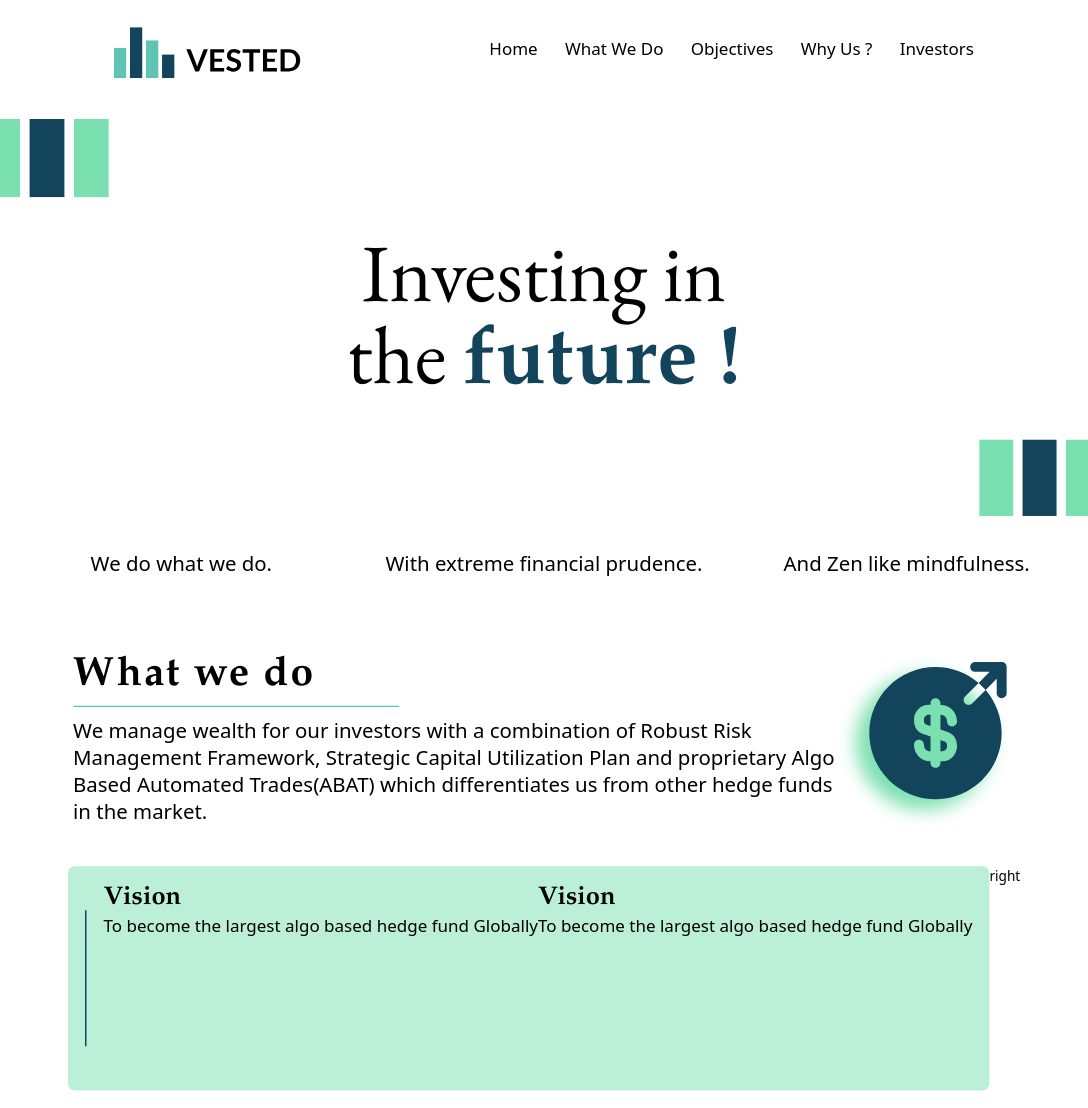
Repository: husainmamuwala/TippingPointsFinancial
Page: /
These files come from the project's save history. The page is drawn as it stood at one moment and after the next save; the edit follows.
The browser window is 1280 px wide. The pictures show the whole page, at 85% of full size.
The project was rebuilt for these pictures with package versions that can differ from the ones it lists, and the page was loaded fresh each time. The framework's server and built-in components were replaced by stand-ins that run in the browser. Also part of the build but not shown: next.config.js.

Above is the page before, as saved 2022-10-15 18:58:08.

### pages/_document.js
import Document, { Html, Head, Main, NextScript } from "next/document";

function MyDocument() {
  return (
    <Html>
      <Head>
      <link rel="preconnect" href="https://fonts.googleapis.com"/>
<link rel="preconnect" href="https://fonts.gstatic.com" crossorigin/>
<link href="https://fonts.googleapis.com/css2?family=EB+Garamond:ital,wght@0,400;0,600;1,500&display=swap" rel="stylesheet"></link>
      </Head>
      <body>
        <Main />
        <NextScript />
      </body>
    </Html>
  );
}

export default MyDocument;

### pages/index.js
import React from "react"
import Hero from "../components/Hero"
import Nav from "../components/Nav"
import Objectives from "../components/Objectives"
import Whatwedo from "../components/Whatwedo"


export default function Home() {
  return (

    <div className="h-screen">
      <Nav/>
      <section id="home">
        <Hero/>
      </section>
      <section id="whatwedo">
        <Whatwedo/>
      </section>
      <section id="objectives">
        <Objectives/>
      </section>
    </div>

  )
}

### styles/globals.css
@tailwind base;
@tailwind components;
@tailwind utilities;

@layer base{
    @font-face{
        font-family: "Garamond";
        src: url('/fonts/Garamond.woff2') format('woff2');
        font-family: 'Montserrat', sans-serif

    }

}

### components/Hero.jsx
import React from 'react'

const Hero = () => {
  return (
    <div className='flex flex-col py-6'>
      <div className='grid grid-flow-row'>
        <div className='justify-self-start self-start w-20 md:w-32 '>
          <svg className="" width="auto" height="auto" viewBox="0 0 125 90" fill="none" xmlns="http://www.w3.org/2000/svg">
            <rect x="-17" width="40" height="90" fill="#7BE0B0" />
            <rect x="34" width="40" height="90" fill="#12445B" />
            <rect x="85" width="40" height="90" fill="#7BE0B0" />
          </svg>
        </div>
        <div className='justify-self-center w-full py-5 md:py-10'>
          <span className=' text-6xl text-center lg:text-8xl font-garamond pt-5 pb-5'>
            <span className="block">Investing in</span>
            <span className="block">the <span className='text-[#12445B] font-semibold'>future !</span></span>
          </span>
        </div>
        <div className='justify-self-end self-end w-20 md:w-32'>
          <svg className='' width="auto" height="au" viewBox="0 0 128 90" fill="none" xmlns="http://www.w3.org/2000/svg">
            <rect width="40" height="90" fill="#7BE0B0" />
            <rect x="51" width="40" height="90" fill="#12445B" />
            <rect x="102" width="40" height="90" fill="#7BE0B0" />
          </svg>
        </div>
      </div>
      <div className='grid grid-row-3 md:grid-cols-3 justify-evenly text-center
        text-xl font-Montserrat md:text-2xl md:py-10'>
        <div>
          <span>We do what we do.</span>
        </div>
        <div>
          <span>With extreme financial prudence.</span>
        </div>
        <div>
          <span>And Zen like mindfulness.</span>
        </div>
      </div>
    </div>
  )
}

export default Hero

### components/Nav.jsx
import Link from 'next/link';
import React, { useState } from 'react'
import { FiMenu } from 'react-icons/fi';
import {AiOutlineClose} from 'react-icons/ai'

const Nav = () => {
    const Links=[
        {name:"Home",link:"/"},
        {name:"What We Do",link:"#whatwedo"},
        {name:"Objectives",link:"#objectives"},
        {name:"Why Us ?",link:"#whyus"},
        {name:"Investors",link:"/investors"},
    ];
    const [open,setOpen] = useState(false);
  return (
    <div className='w-full relative top-0 font-Montserrat font-[400] bg-white'>
        <div className='sticky lg:flex py-4 lg:px-10 items-center lg:justify-around'>
            <div className='mt-2 scale-75 md:scale-100'>
                <svg width="221" height="60" viewBox="0 0 221 60" fill="none" xmlns="http://www.w3.org/2000/svg">
                <path d="M110.63 25.972L100.118 52H95.7437L85.2317 25.972H89.1197C89.5397 25.972 89.8817 26.074 90.1457 26.278C90.4097 26.482 90.6077 26.746 90.7397 27.07L96.8777 42.946C97.0817 43.462 97.2737 44.032 97.4537 44.656C97.6457 45.268 97.8257 45.91 97.9937 46.582C98.1377 45.91 98.2937 45.268 98.4617 44.656C98.6297 44.032 98.8157 43.462 99.0197 42.946L105.122 27.07C105.218 26.794 105.404 26.542 105.68 26.314C105.968 26.086 106.316 25.972 106.724 25.972H110.63ZM118.184 29.824V37.042H127.292V40.768H118.184V48.13H129.74V52H113.324V25.972H129.74V29.824H118.184ZM147.891 30.706C147.747 30.958 147.591 31.144 147.423 31.264C147.267 31.372 147.069 31.426 146.829 31.426C146.577 31.426 146.301 31.336 146.001 31.156C145.713 30.964 145.365 30.754 144.957 30.526C144.549 30.298 144.069 30.094 143.517 29.914C142.977 29.722 142.335 29.626 141.591 29.626C140.919 29.626 140.331 29.71 139.827 29.878C139.323 30.034 138.897 30.256 138.549 30.544C138.213 30.832 137.961 31.18 137.793 31.588C137.625 31.984 137.541 32.422 137.541 32.902C137.541 33.514 137.709 34.024 138.045 34.432C138.393 34.84 138.849 35.188 139.413 35.476C139.977 35.764 140.619 36.022 141.339 36.25C142.059 36.478 142.797 36.724 143.553 36.988C144.309 37.24 145.047 37.54 145.767 37.888C146.487 38.224 147.129 38.656 147.693 39.184C148.257 39.7 148.707 40.336 149.043 41.092C149.391 41.848 149.565 42.766 149.565 43.846C149.565 45.022 149.361 46.126 148.953 47.158C148.557 48.178 147.969 49.072 147.189 49.84C146.421 50.596 145.479 51.196 144.363 51.64C143.247 52.072 141.969 52.288 140.529 52.288C139.701 52.288 138.885 52.204 138.081 52.036C137.277 51.88 136.503 51.652 135.759 51.352C135.027 51.052 134.337 50.692 133.689 50.272C133.041 49.852 132.465 49.384 131.961 48.868L133.383 46.546C133.503 46.378 133.659 46.24 133.851 46.132C134.043 46.012 134.247 45.952 134.463 45.952C134.763 45.952 135.087 46.078 135.435 46.33C135.783 46.57 136.197 46.84 136.677 47.14C137.157 47.44 137.715 47.716 138.351 47.968C138.999 48.208 139.773 48.328 140.673 48.328C142.053 48.328 143.121 48.004 143.877 47.356C144.633 46.696 145.011 45.754 145.011 44.53C145.011 43.846 144.837 43.288 144.489 42.856C144.153 42.424 143.703 42.064 143.139 41.776C142.575 41.476 141.933 41.224 141.213 41.02C140.493 40.816 139.761 40.594 139.017 40.354C138.273 40.114 137.541 39.826 136.821 39.49C136.101 39.154 135.459 38.716 134.895 38.176C134.331 37.636 133.875 36.964 133.527 36.16C133.191 35.344 133.023 34.342 133.023 33.154C133.023 32.206 133.209 31.282 133.581 30.382C133.965 29.482 134.517 28.684 135.237 27.988C135.957 27.292 136.845 26.734 137.901 26.314C138.957 25.894 140.169 25.684 141.537 25.684C143.073 25.684 144.489 25.924 145.785 26.404C147.081 26.884 148.185 27.556 149.097 28.42L147.891 30.706ZM171.969 29.95H164.121V52H159.279V29.95H151.431V25.972H171.969V29.95ZM180.235 29.824V37.042H189.343V40.768H180.235V48.13H191.791V52H175.375V25.972H191.791V29.824H180.235ZM219.194 38.986C219.194 40.894 218.876 42.646 218.24 44.242C217.604 45.838 216.71 47.212 215.558 48.364C214.406 49.516 213.02 50.41 211.4 51.046C209.78 51.682 207.98 52 206 52H196.082V25.972H206C207.98 25.972 209.78 26.296 211.4 26.944C213.02 27.58 214.406 28.474 215.558 29.626C216.71 30.766 217.604 32.134 218.24 33.73C218.876 35.326 219.194 37.078 219.194 38.986ZM214.226 38.986C214.226 37.558 214.034 36.28 213.65 35.152C213.278 34.012 212.732 33.052 212.012 32.272C211.304 31.48 210.44 30.874 209.42 30.454C208.412 30.034 207.272 29.824 206 29.824H200.942V48.148H206C207.272 48.148 208.412 47.938 209.42 47.518C210.44 47.098 211.304 46.498 212.012 45.718C212.732 44.926 213.278 43.966 213.65 42.838C214.034 41.698 214.226 40.414 214.226 38.986Z" fill="black"/>
                <rect y="24.4445" width="14.4444" height="35.5556" fill="#5FC4B3"/>
                <rect x="18.8889" width="14.4444" height="60" fill="#12445B"/>
                <rect x="37.7778" y="15.5555" width="14.4444" height="44.4444" fill="#5FC4B3"/>
                <rect x="56.6667" y="32.2222" width="14.4444" height="27.7778" fill="#12445B"/>
                </svg>

            </div>
            <div onClick={()=>setOpen(!open)}
                 className='text-3xl absolute right-8 top-11 pr-8 cursor-pointer lg:hidden'>
                    {!open ? <FiMenu size={40}/> : <AiOutlineClose size={40}/>}
            </div>

            <ul className={`lg:flex lg:flex-row lg:items-center font-Montserrat pb-12 lg:pb-0
            absolute lg:static bg-white lg:z-auto z-[-1] w-full left-0  lg:pl-0 pl-9 lg:w-auto
            transition-all duration-500 ease-in
            ${open ? "flex-col" : "hidden"}`}>
                {
                    Links.map((link)=>(
                        <li onClick={() => setOpen(false)} key={link.link} className="md:ml-8 text-xl my-7 hover:text-[#5FC4B3]
                         relative transition-all hover:top-1">
                            <Link href={link.link}
                            className="font-Monteserrat">
                                {link.name}
                            </Link>
                        </li>
                    ))
                }
            </ul>
        </div>
    </div>
  )
}

export default Nav

### components/Objectives.jsx
import React from 'react'

const Objectives = () => {
  const Data = [
    {title:"Vision",desc:"To become the largest algo based hedge fund Globally"},
    {title:"Vision",desc:"To become the largest algo based hedge fund Globally"},
  ];
  return (
    <div className='flex flex-col md:flex-row justify-center py-5 px-10 md:px-0'>
        <div>
          <div className='relative w-full bg-[#7BE0B0] bg-opacity-50 rounded-lg p-5 flex flex-row '>
              <div className='pr-5 h-28 lg:h-56'>
                  <svg width="2" height="auto" viewBox="0 0 2 160" fill="none" xmlns="http://www.w3.org/2000/svg">
                  <line x1="1" y1="4.37114e-08" x2="0.999993" y2="160" stroke="#12445B" stroke-width="2"/>
                  </svg>
              </div>
              {
                Data.map((data)=>(
              <div className='flex flex-col'>
                <h1 className='text-3xl font-semibold font-garamond'>{data.title}</h1>
                <p className='font-montserrat text-xl'>{data.desc}</p>
              </div>
                ))}
          </div>
        </div>
          <div>
              right
          </div>

    </div>
  )
}

export default Objectives

### components/Whatwedo.tsx
import React from 'react'


const whatwedo = () => {
    return (
        <div className='py-5 px-10 flex md:flex-row flex-col justify-center'>
            <div className='md:w-3/4'>
                <div>
                    <h4 className='text-3xl md:text-5xl font-garamond font-semibold py-2 tracking-wider'>
                        What we do
                    </h4>

                    <svg className="lg:w-96 lg:h-2" width="auto" height="2" viewBox="0 0 589 2" fill="none" xmlns="http://www.w3.org/2000/svg">
                        <line y1="1" x2="589" y2="1" stroke="#5FC4B3" strokeWidth="2" />
                    </svg>

                    <p className='py-2 text-xl md:text-2xl'>
                        We manage wealth for our investors with a combination of Robust Risk Management Framework,
                        Strategic Capital Utilization Plan and proprietary Algo Based Automated Trades(ABAT)
                        which differentiates us from other hedge funds in the market.
                    </p>
                </div>
            </div>
            <div className='w-52 hidden md:block lg:self-center'>
                <svg width="auto" height="auto" viewBox="0 0 226 223" fill="none" xmlns="http://www.w3.org/2000/svg">
                    <g filter="url(#filter0_f_6_45)">
                        <circle cx="109.027" cy="113.259" r="86.0274" fill="#7BE0B0" />
                    </g>
                    <path d="M109.698 84.8371C109.698 89.4046 110.967 90.0812 113.843 91.0962L118.156 92.6187V78.2396H115.619C112.405 78.2396 109.698 81.2 109.698 84.8371ZM130.844 124.76H133.381C136.68 124.76 139.302 121.8 139.302 118.163C139.302 113.595 138.033 112.919 135.158 111.904L130.844 110.381V124.76Z" fill="#12445B" />
                    <path d="M188.614 46.3517L171.275 63.6913C170.006 64.96 168.399 65.5521 166.792 65.5521C165.185 65.5521 163.578 64.96 162.309 63.6913C161.129 62.4975 160.467 60.8867 160.467 59.2083C160.467 57.53 161.129 55.9192 162.309 54.7254L179.648 37.3858C164.762 24.6983 145.561 16.9167 124.5 16.9167C77.81 16.9167 39.9167 54.81 39.9167 101.5C39.9167 148.19 77.81 186.083 124.5 186.083C171.19 186.083 209.083 148.19 209.083 101.5C209.083 80.4388 201.302 61.2383 188.614 46.3517ZM139.302 99.9775C144.715 101.923 151.99 105.814 151.99 118.248C151.99 128.82 143.616 137.533 133.381 137.533H130.844V139.647C130.844 143.115 127.968 145.991 124.5 145.991C121.032 145.991 118.156 143.115 118.156 139.647V137.533H117.48C106.23 137.533 97.0104 128.059 97.0104 116.387C97.0104 112.834 99.8863 109.958 103.354 109.958C106.822 109.958 109.698 112.834 109.698 116.302C109.698 120.954 113.166 124.76 117.48 124.76H118.156V105.983L109.698 103.023C104.285 101.077 97.0104 97.1863 97.0104 84.7525C97.0104 74.1796 105.384 65.4675 115.619 65.4675H118.156V63.4375C118.156 59.9696 121.032 57.0938 124.5 57.0938C127.968 57.0938 130.844 59.9696 130.844 63.4375V65.5521H131.52C142.77 65.5521 151.99 75.0254 151.99 86.6979C151.99 90.1658 149.114 93.0417 145.646 93.0417C142.178 93.0417 139.302 90.1658 139.302 86.6979C139.302 82.0458 135.834 78.2396 131.52 78.2396H130.844V97.0171L139.302 99.9775ZM214.92 14.4638C214.251 12.9061 213.009 11.6647 211.452 10.9958C210.691 10.7256 209.891 10.5827 209.083 10.5729H175.25C171.782 10.5729 168.906 13.4488 168.906 16.9167C168.906 20.3846 171.782 23.2604 175.25 23.2604H193.774L179.648 37.3858C182.863 40.1771 185.823 43.1375 188.614 46.3517L202.74 32.2263V50.75C202.74 54.2179 205.615 57.0938 209.083 57.0938C212.551 57.0938 215.427 54.2179 215.427 50.75V16.9167C215.427 16.0708 215.258 15.3096 214.92 14.4638Z" fill="#12445B" />
                    <defs>
                        <filter id="filter0_f_6_45" x="0" y="4.2317" width="218.055" height="218.055" filterUnits="userSpaceOnUse" colorInterpolationFilters="sRGB">
                            <feFlood floodOpacity="0" result="BackgroundImageFix" />
                            <feBlend mode="normal" in="SourceGraphic" in2="BackgroundImageFix" result="shape" />
                            <feGaussianBlur stdDeviation="11.5" result="effect1_foregroundBlur_6_45" />
                        </filter>
                    </defs>
                </svg>
            </div>
        </div>
    )
}

export default whatwedo

### tailwind.config.js
/** @type {import('tailwindcss').Config} */
module.exports = {
  content: [
    "./pages/**/*.{js,ts,jsx,tsx}",
    "./components/**/*.{js,ts,jsx,tsx}",
  ],
  theme: {
    extend: {
      fontFamily: {
        garamond:'Garamond'
      }
    },
  },
  plugins: [],
}

Loaded but not shown: pages/_app.js (common file)

After the next save:
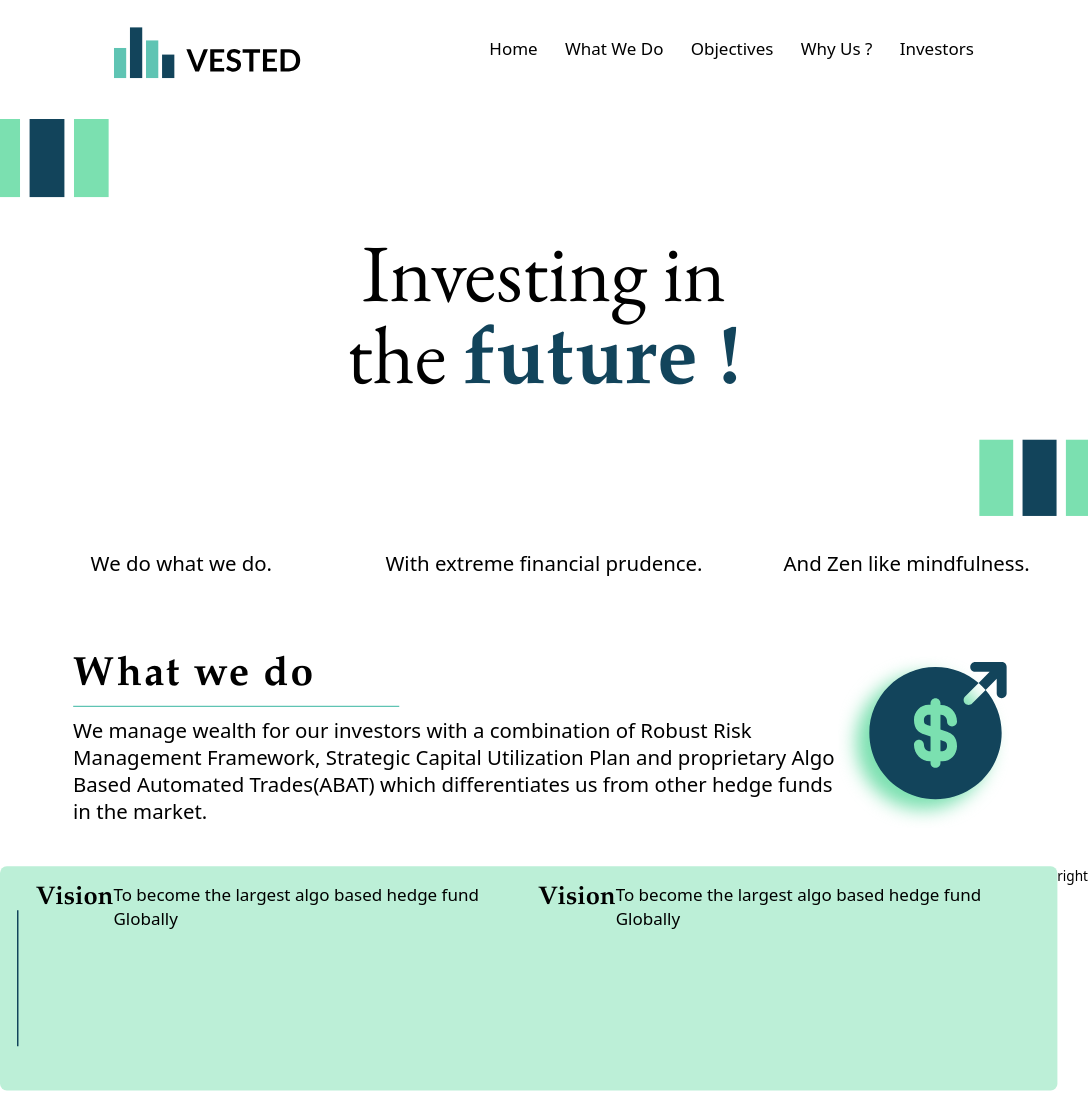
Saved 7 s later.
--- a/components/Objectives.jsx
+++ b/components/Objectives.jsx
@@ -16,7 +16,7 @@
               </div>
               {
                 Data.map((data)=>(
-              <div className='flex flex-col'>
+              <div className='flex flex-row'>
                 <h1 className='text-3xl font-semibold font-garamond'>{data.title}</h1>
                 <p className='font-montserrat text-xl'>{data.desc}</p>
               </div>

After the save that followed:
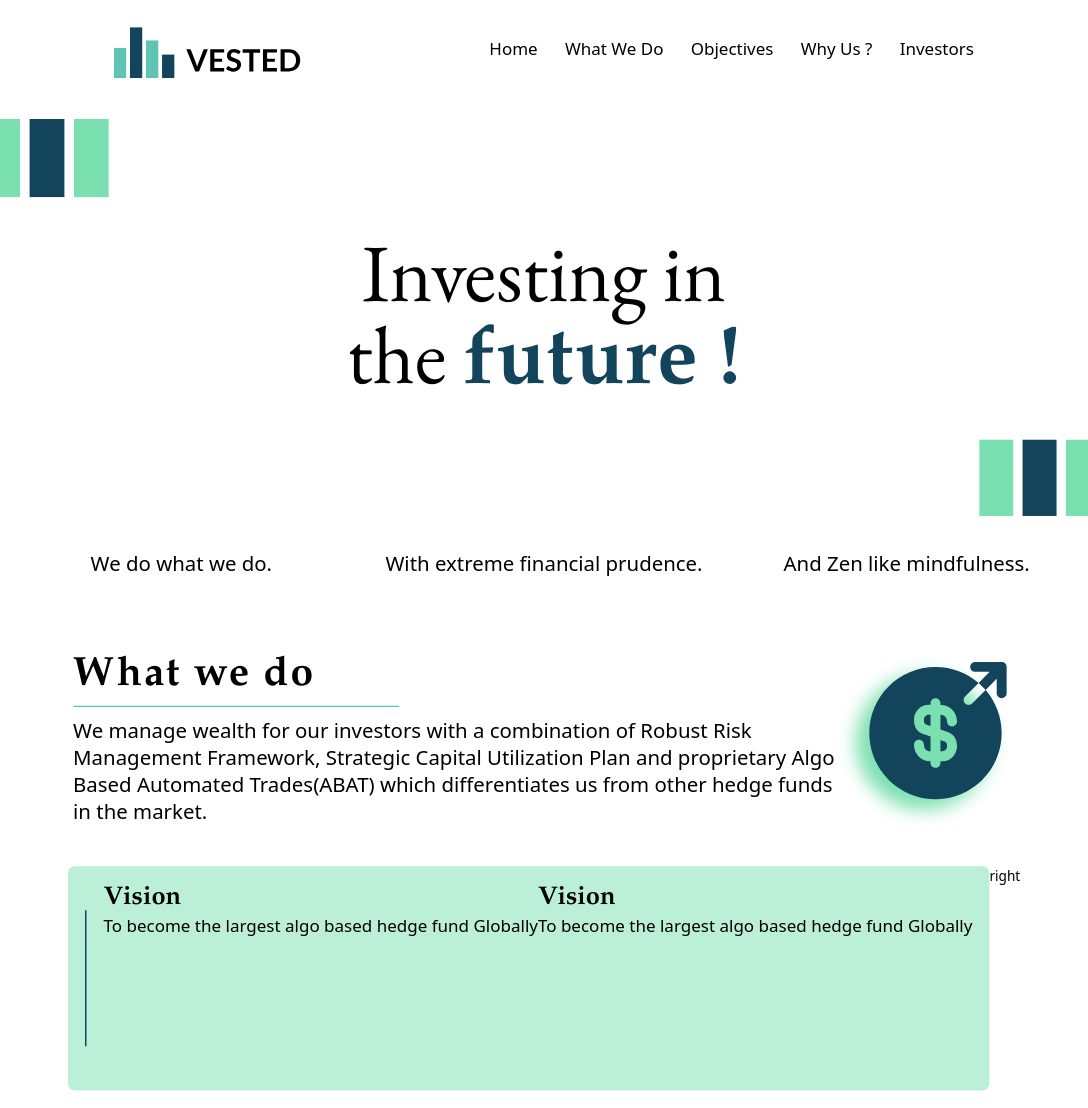
Saved 4 s later.
--- a/components/Objectives.jsx
+++ b/components/Objectives.jsx
@@ -16,7 +16,7 @@
               </div>
               {
                 Data.map((data)=>(
-              <div className='flex flex-row'>
+              <div className='flex flex-col'>
                 <h1 className='text-3xl font-semibold font-garamond'>{data.title}</h1>
                 <p className='font-montserrat text-xl'>{data.desc}</p>
               </div>
